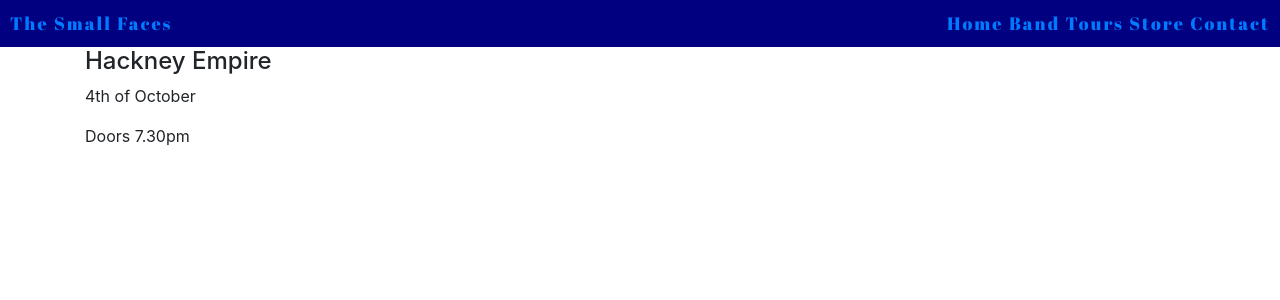
Repository: akshatnitd/User-Centric-FrontEnd-Milestone-Project
Page: tour.html
The author's editor kept a record of every edit. The page is drawn from the files as they stood at one moment, then again after the next edit.
The browser window is 1280 px wide. The pictures show the whole page.

Above is the page before.

After the next edit:
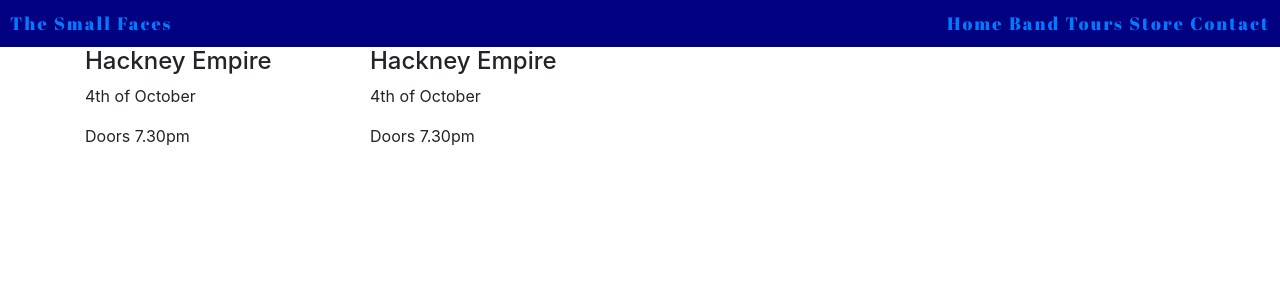
The edit:
--- a/tour.html
+++ b/tour.html
@@ -31,6 +31,10 @@
 					<p>Doors 7.30pm</p>
                 </div>
                 <div class="col-xs-3, col-sm-3, col-md-3, col-lg-3">
+                    <h4>Hackney Empire</h4>
+				<p>4th of October</p>
+					<p>Doors 7.30pm</p>
+                </div>
                 <div class="col-xs-3, col-sm-3, col-md-3, col-lg-3">
                 <div class="col-xs-3, col-sm-3, col-md-3, col-lg-3">
         </div>
